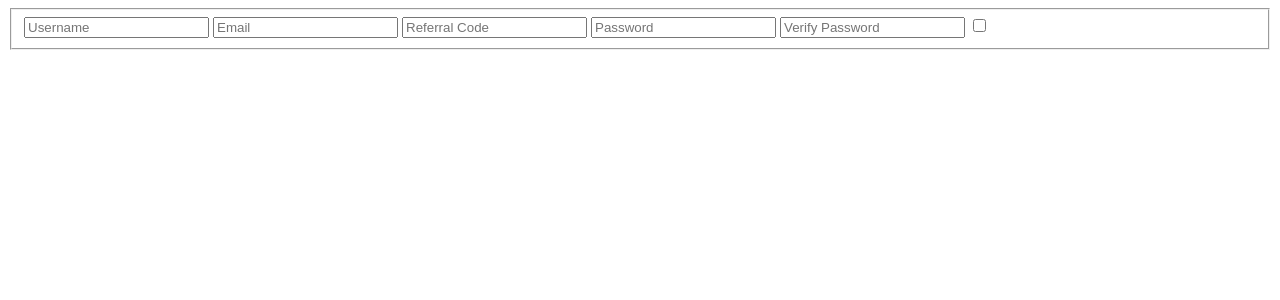
Repository: Malcolmt129/COSC484-assignment1
Page: tueats.html
These files come from the project's save history. The page is drawn as it stood at one moment and after a run of saves; the edit follows.
The browser window is 1280 px wide. The pictures show the whole page.

Above is the page before, as saved 2023-02-08 15:37:06.

After the next 3 saves:
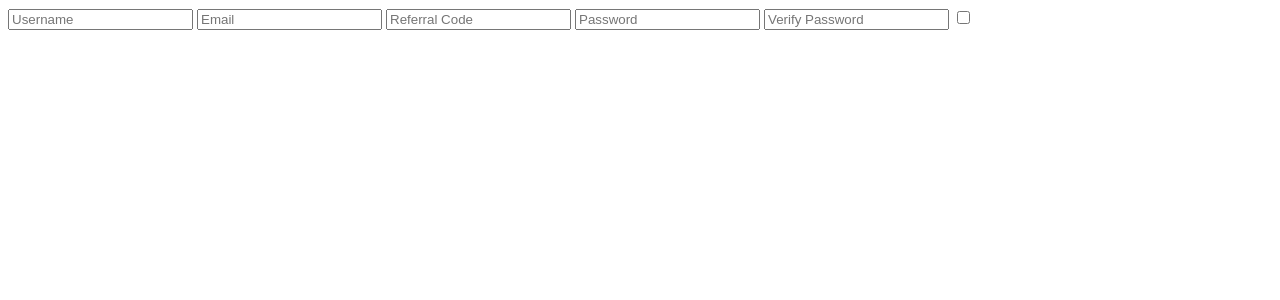
The 3 saves are shown as one change because they came seconds apart.
The last was saved 80 s later.
--- a/tueats.html
+++ b/tueats.html
@@ -5,16 +5,12 @@
 
     <body>
         <form method="get" action="tueats_completed.html">
-            <fieldset>
-                <input type="text" name="username" placeholder="Username" required />
-                <input type="text" name="email" placeholder="Email" required />
-                <input type="text" name="referral code" placeholder="Referral Code" />
-                <input type="password" name="password" placeholder="Password" required>
-                <input type="text" name="password_verify" placeholder="Verify Password" required>
-                <input type="checkbox" name="SignUp">
-
-
-            </fieldset>
+            <input type="text" name="username" placeholder="Username" required />
+            <input type="text" name="email" placeholder="Email" required />
+            <input type="text" name="referral code" placeholder="Referral Code" />
+            <input type="password" name="password" placeholder="Password" required>
+            <input type="text" name="password_verify" placeholder="Verify Password" required>
+            <input type="checkbox" name="SignUp">
         </form>
     </body>
 </html>

After the 3 saves that followed:
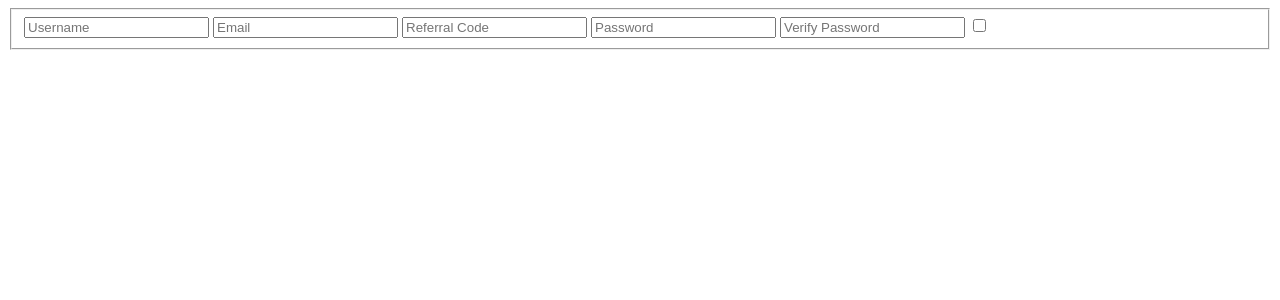
The 3 saves are shown as one change because they came seconds apart.
The last was saved 21 s later.
--- a/tueats.html
+++ b/tueats.html
@@ -5,12 +5,15 @@
 
     <body>
         <form method="get" action="tueats_completed.html">
-            <input type="text" name="username" placeholder="Username" required />
-            <input type="text" name="email" placeholder="Email" required />
-            <input type="text" name="referral code" placeholder="Referral Code" />
-            <input type="password" name="password" placeholder="Password" required>
-            <input type="text" name="password_verify" placeholder="Verify Password" required>
-            <input type="checkbox" name="SignUp">
+            <fieldset>
+                <input type="text" name="username" placeholder="Username" required />
+                <input type="text" name="email" placeholder="Email" required />
+                <input type="text" name="referral code" placeholder="Referral Code" />
+                <input type="password" name="password" placeholder="Password" required>
+                <input type="text" name="password_verify" placeholder="Verify Password" required>
+                <input type="checkbox" name="SignUp"
+
+            </fieldset>
         </form>
     </body>
 </html>
